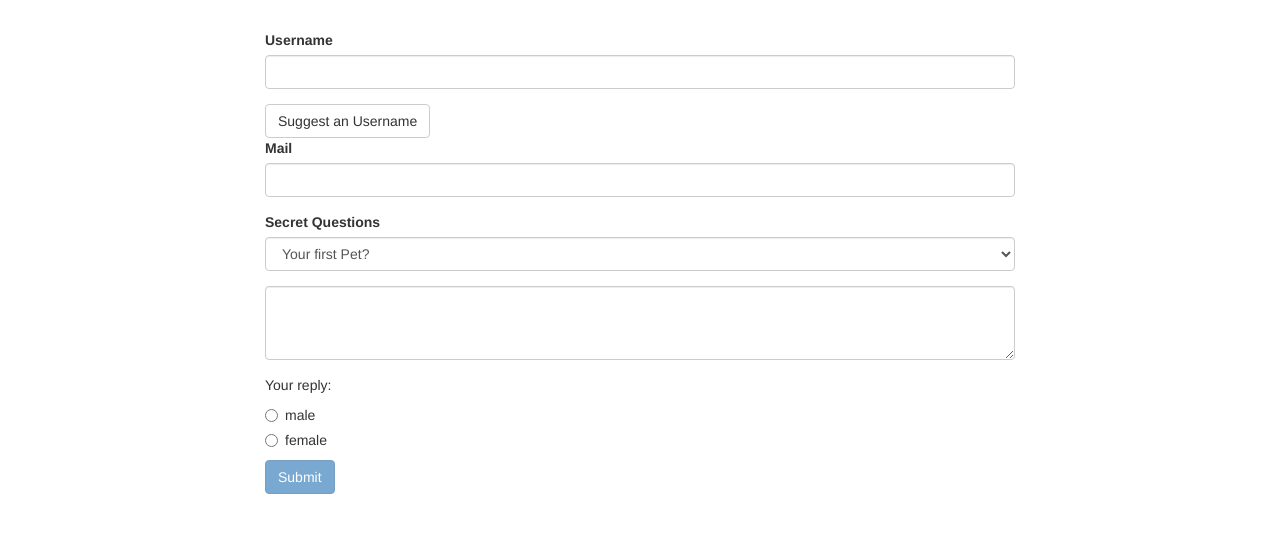
Repository: NikitasX/AngularCourse
Page: / (app in forms-start/)
The author's editor kept a copy of each file at every save. The page is drawn from the files as they stood at one save, then again after the next save.
The browser window is 1280 px wide. The pictures show the whole page.
The project was rebuilt for these pictures with package versions that can differ from the ones it lists, and the page was loaded fresh each time. Also part of the build but not shown: forms-start/angular.json.

Above is the page before, as saved 2020-09-25 16:03:58.

After the next save:
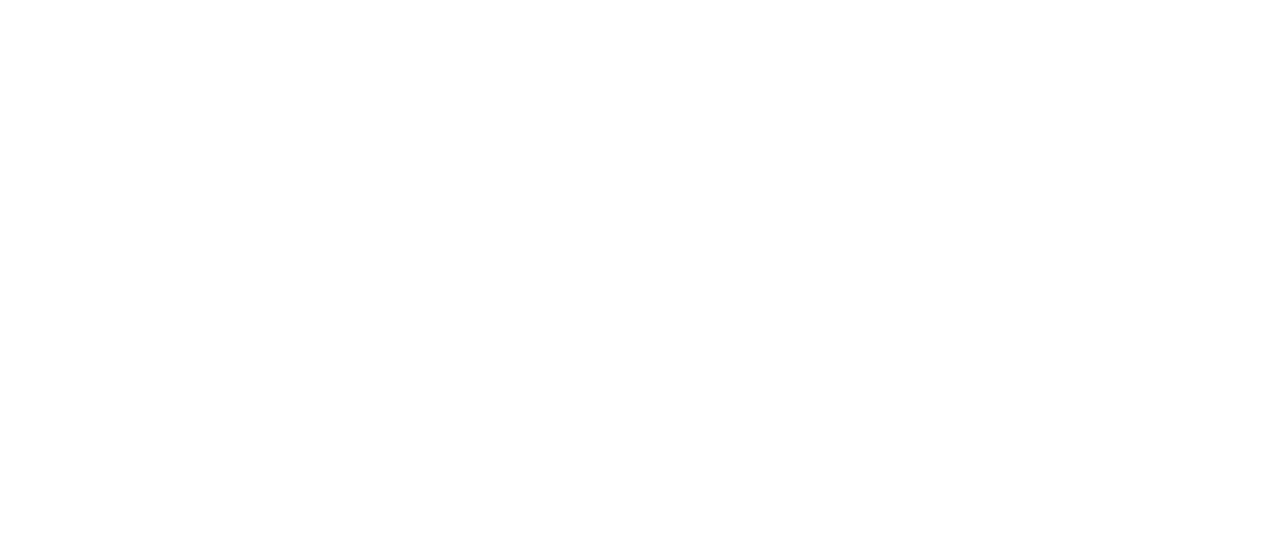
Saved 4 s later.
--- a/forms-start/src/app/app.component.html
+++ b/forms-start/src/app/app.component.html
@@ -19,7 +19,7 @@
           <button
             class="btn btn-default"
             type="button"
-            >Suggest an Username</button>
+            (click)=></button>>Suggest an Username</button>
           <div class="form-group">
             <label for="email">Mail</label>
             <input

After the save that followed:
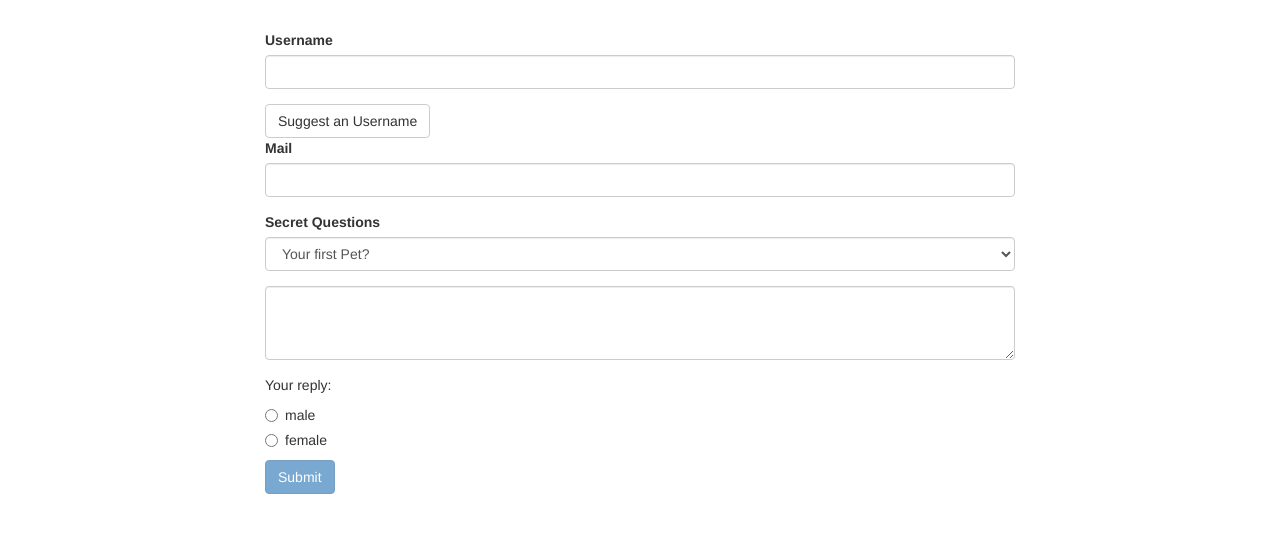
Saved 6 s later.
--- a/forms-start/src/app/app.component.html
+++ b/forms-start/src/app/app.component.html
@@ -19,7 +19,7 @@
           <button
             class="btn btn-default"
             type="button"
-            (click)=></button>>Suggest an Username</button>
+            (click)="suggestUserName()">Suggest an Username</button>
           <div class="form-group">
             <label for="email">Mail</label>
             <input
